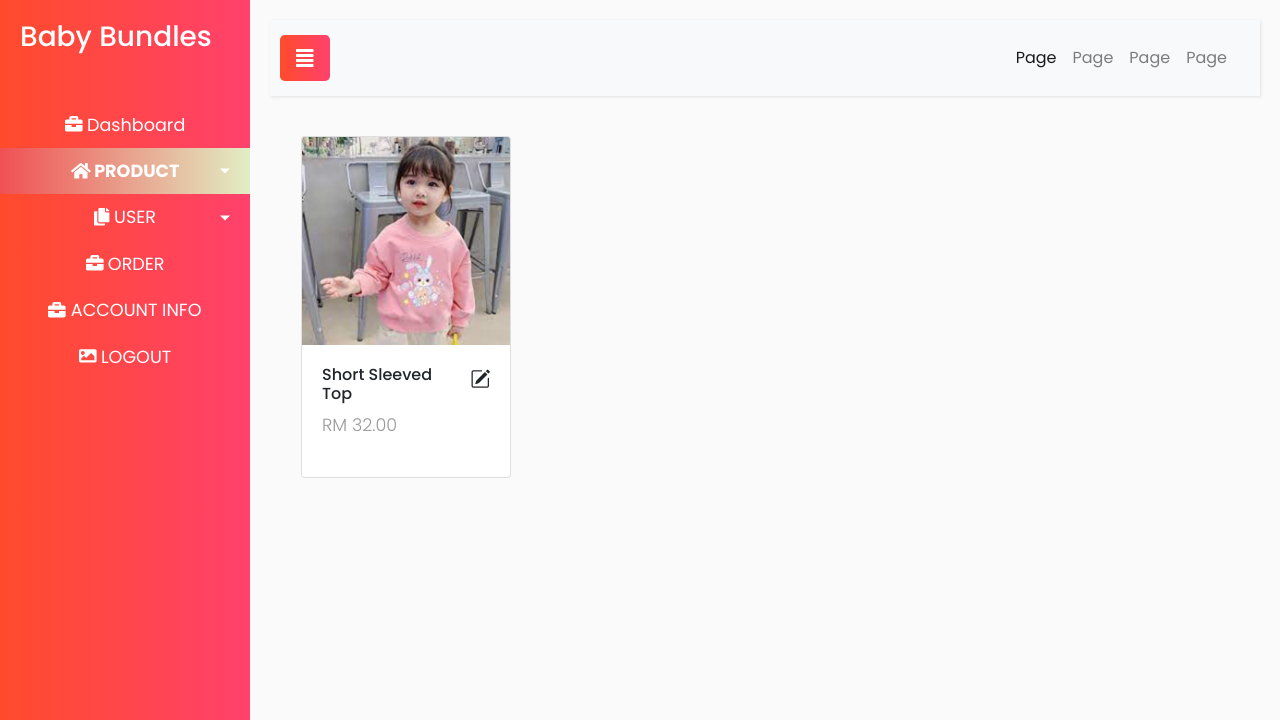
Repository: jiahow99/Baby-Bundles-University
Page: http://localhost/admin.php
An editor plug-in stored every save of this project. The page is shown before and after the next save, followed by the edit.
The browser window is 1280 px wide. The pictures show the whole page.
Some web libraries are served in a nearby version. The page is run by PHP 8.4 with error messages shown; the project is at /var/www/html/. Queries for data that is not in the repository find no rows.

Above is the page before, as saved 2022-11-24 17:54:13.

### admin.php
<!DOCTYPE html>
<html>

<head>
    <meta charset="utf-8">
    <meta name="viewport" content="width=device-width, initial-scale=1.0">
    <meta http-equiv="X-UA-Compatible" content="IE=edge">

    <title>Admin</title>

    <!-- Bootstrap CSS CDN -->
    <link rel="stylesheet" href="https://stackpath.bootstrapcdn.com/bootstrap/4.1.0/css/bootstrap.min.css" integrity="sha384-9gVQ4dYFwwWSjIDZnLEWnxCjeSWFphJiwGPXr1jddIhOegiu1FwO5qRGvFXOdJZ4" crossorigin="anonymous">
    <!-- Our Custom CSS -->
    <link rel="stylesheet" href="css/admin.style.css">

    <!-- Font Awesome JS -->
    <script defer src="https://use.fontawesome.com/releases/v5.0.13/js/solid.js" integrity="sha384-tzzSw1/Vo+0N5UhStP3bvwWPq+uvzCMfrN1fEFe+xBmv1C/AtVX5K0uZtmcHitFZ" crossorigin="anonymous"></script>
    <script defer src="https://use.fontawesome.com/releases/v5.0.13/js/fontawesome.js" integrity="sha384-6OIrr52G08NpOFSZdxxz1xdNSndlD4vdcf/q2myIUVO0VsqaGHJsB0RaBE01VTOY" crossorigin="anonymous"></script>
    <!-- Bootstrap Icon -->
    <link rel="stylesheet" href="https://cdn.jsdelivr.net/npm/bootstrap-icons@1.3.0/font/bootstrap-icons.css">
    <!-- JQuery -->
    <script src="https://code.jquery.com/jquery-3.5.1.min.js"></script>


    <!-- AJAX display all products -->
    <script>
            $(document).ready(function(){
                $.ajax({
                    url: "fetch_product.php",
                    type: "get",
                    dataType: "JSON",
                    success:function(product)
                    {
                        var len = product.length;
                        for(i=0 ; i<len; i++){
                            var str = '<div class="col-3"><a href="#" class="card" ><img class="card-img-top" src="' + product[i].image +'" ><div class="card-body">' +
                            '<div class="row"><div class="col-9"><h6>' + product[i].title + '</h6><p>RM ' + product[i].price + '</p></div>' +
                            '<div class="col-3" style="font-size:20px;"><i class="bi bi-pencil-square"></i></div></div></div></a></div>';

                            $('#product').append(str);
                        }
                    }
                });
            });

    </script>

</head>

<body>

    <div class="wrapper">
        <!-- Sidebar  -->
        <nav id="sidebar">
            <div class="sidebar-header">
                <h3>Baby Bundles</h3>
                <strong>BS</strong>
            </div>

            <ul class="list-unstyled components">
                <!-- Dashboard -->
                <li>
                    <a href="#">
                        <i class="fas fa-briefcase"></i>
                        <span id="aboutlabel">Dashboard</span>
                    </a>
                </li>
                <!-- Product -->
                <li class="active">
                    <a href="#homeSubmenu" data-toggle="collapse" aria-expanded="false" class="dropdown-toggle">
                        <i class="fas fa-home"></i>
                        <span id="homelabel">PRODUCT</span>
                    </a>
                    <ul class="collapse list-unstyled" id="homeSubmenu">
                        <li>
                            <a href="#">ADD PRODUCT</a>
                        </li>
                        <li>
                            <a href="#">DELETE PRODUCT</a>
                        </li>
                        <li>
                            <a href="#">VIEW ALL</a>
                        </li>
                    </ul>
                </li>
                <!-- User -->
                <li>
                    <a href="#pageSubmenu" data-toggle="collapse" aria-expanded="false" class="dropdown-toggle">
                        <i class="fas fa-copy"></i>
                        <span id="pagelabel">USER</span>
                    </a>
                    <ul class="collapse list-unstyled" id="pageSubmenu">
                        <li>
                            <a href="#">ADD USER</a>
                        </li>
                        <li>
                            <a href="#">DELETE USER</a>
                        </li>
                        <li>
                            <a href="#">VIEW ALL</a>
                        </li>
                    </ul>
                </li>
                <!-- Order -->
                <li>
                    <a href="#">
                        <i class="fas fa-briefcase"></i>
                        <span id="aboutlabel">ORDER</span>
                    </a>
                </li>
                <!-- Account Info -->
                <li>
                    <a href="#">
                        <i class="fas fa-briefcase"></i>
                        <span id="aboutlabel">ACCOUNT INFO</span>
                    </a>
                </li>
                <!-- Log out -->
                <li>
                    <a href="#">
                        <i class="fas fa-image"></i>
                        <span id="portfoliolabel">LOGOUT</span>
                    </a>
                </li>
            </ul>


        </nav>

        <!-- Page Content  -->
        <div id="content">

            <nav class="navbar navbar-expand-lg navbar-light bg-light">
                <div class="container-fluid pl-0">

                    <button type="button" id="sidebarCollapse" class="btn-lg btn-primary">
                        <i class="fas fa-align-justify"></i>
                        <!-- <span>Toggle Sidebar</span> -->
                    </button>
                    <button class="btn btn-dark d-inline-block d-lg-none ml-auto" type="button" data-toggle="collapse" data-target="#navbarSupportedContent" aria-controls="navbarSupportedContent" aria-expanded="false" aria-label="Toggle navigation">
                        <i class="fas fa-align-justify"></i>
                    </button>

                    <div class="collapse navbar-collapse" id="navbarSupportedContent">
                        <ul class="nav navbar-nav ml-auto">
                            <li class="nav-item active">
                                <a class="nav-link" href="#">Page</a>
                            </li>
                            <li class="nav-item">
                                <a class="nav-link" href="#">Page</a>
                            </li>
                            <li class="nav-item">
                                <a class="nav-link" href="#">Page</a>
                            </li>
                            <li class="nav-item">
                                <a class="nav-link" href="#">Page</a>
                            </li>
                        </ul>
                    </div>
                </div>
            </nav>

            <div class="row mx-3" id="product">
                <div class="col-3">
                    <!-- Product card -->
                    <a href="#" class="card">
                        <img class="card-img-top" src="img/top/top01.jpg" >
                        <div class="card-body">
                            <div class="row">
                                <!-- Title and Price -->
                                <div class="col-9">
                                    <h6>Short Sleeved Top</h6>
                                    <p>RM 32.00</p>
                                </div>
                                <!-- Edit icon -->
                                <div class="col-3" style="font-size:20px;"><i class="bi bi-pencil-square"></i></div>
                            </div>
                        </div>
                    </a>
                </div>
            </div>
    </div>

    <!-- Popper.JS -->
    <script src="https://cdnjs.cloudflare.com/ajax/libs/popper.js/1.14.0/umd/popper.min.js" integrity="sha384-cs/chFZiN24E4KMATLdqdvsezGxaGsi4hLGOzlXwp5UZB1LY//20VyM2taTB4QvJ" crossorigin="anonymous"></script>
    <!-- Bootstrap JS -->
    <script src="https://stackpath.bootstrapcdn.com/bootstrap/4.1.0/js/bootstrap.min.js" integrity="sha384-uefMccjFJAIv6A+rW+L4AHf99KvxDjWSu1z9VI8SKNVmz4sk7buKt/6v9KI65qnm" crossorigin="anonymous"></script>

    <script type="text/javascript">
        $(document).ready(function () {
            $('#sidebarCollapse').on('click', function () {
                $('#sidebar').toggleClass('active');
                $('#homelabel').toggleClass('d-none');
                $('#aboutlabel').toggleClass('d-none');
                $('#pagelabel').toggleClass('d-none');
                $('#portfoliolabel').toggleClass('d-none');
                $('#faqlabel').toggleClass('d-none');
                $('#contactlabel').toggleClass('d-none');
            });
        });
    </script>
</body>

</html>

### fetch_product.php
<?php

require_once('dbcontroller.php');

$dbcontroller = new DBController();

// Get all product
$result = $dbcontroller->selectProduct("SELECT * FROM product_table");

// Empty array
$output = array();

// Loop through Shopping Cart
foreach( $result as $product ){
    $product_array = array(
        'product_id' => $product['product_id'],
        'title' => mb_strimwidth($product['title'], 0, 30, "..."),
        'category' => $product['category'],
        'description' => $product['description'],
        'image' => $product['image'],
        'price' => $product['price']
    );

    // Append each product
    array_push($output, $product_array);

}

// Encode to JSON format
echo json_encode($output);



?>

### dbcontroller.php
<?php

class DBController{
    private $host = 'localhost';
    private $db = 'babybundles_database';
    private $user= 'root';
    private $pass = '';
    // private $attr = "mysql:host=$host;dbname=$db";
    // private $table = 'product_table';
    public $conn;

    // constructor
    function __construct(){
        $attr = "mysql:host=".$this->host.";dbname=".$this->db;
        $opts =
        [
            PDO::ATTR_ERRMODE => PDO::ERRMODE_EXCEPTION,
            PDO::ATTR_DEFAULT_FETCH_MODE => PDO::FETCH_ASSOC,
            PDO::ATTR_EMULATE_PREPARES => false,
        ];
        $this->conn = new PDO($attr, $this->user, $this->pass, $opts);
    }

    // Insert
    function insertQuery($query){
        $result = $this->conn->query($query);
        return $result;
    }

    // Select user
    function selectUser($query){
        $result = $this->conn->query($query);
        $row = $result->fetch();
        return $row;
    }

    // Select single product
    function selectSingleProduct($query){
        $result = $this->conn->query($query);
        $row = $result->fetch();
        return $row;
    }

    // Select all product
    function selectProduct($query){
        $result = $this->conn->query($query);
        $row = $result->fetchAll();
        return $row;
    }

    // Update shopping cart
    function updateCart($query){
        $result = $this->conn->query($query);
        return $result;
    }

    // count num of rows
    function numRows($query){
        $result = $this->conn->query($query);
        return $result->rowCount();
    }

    // limit text (title)
    function limit_text($text, $limit) {
        if (str_word_count($text, 0) > $limit) {
            $words = str_word_count($text, 2);
            $pos   = array_keys($words);
            $text  = substr($text, 0, $pos[$limit]) . '...';
        }
        return $text;
    }

    // sanitise()
    function sanitise($string){
        $string = htmlentities($string);
        return $string;
    }

}
?>

### css/admin.style.css
/*
    DEMO STYLE
*/

@import "https://fonts.googleapis.com/css?family=Poppins:300,400,500,600,700";

body {
    font-family: 'Poppins', sans-serif;
    background: #fafafa;
}

p {
    font-family: 'Poppins', sans-serif;
    font-size: 1.1em;
    font-weight: 300;
    line-height: 1.7em;
    color: #999;
}

a,
a:hover,
a:focus {
    color: inherit;
    text-decoration: none;
    transition: all 0.3s;
}

.navbar {
    padding: 15px 10px;
    background: #fff;
    border: none;
    border-radius: 0;
    margin-bottom: 40px;
    box-shadow: 1px 1px 3px rgba(0, 0, 0, 0.1);
}

.navbar-btn {
    box-shadow: none;
    outline: none !important;
    border: none;
}

.line {
    width: 100%;
    height: 1px;
    border-bottom: 1px dashed #ddd;
    margin: 40px 0;
}

i,
span {
    display: inline-block;
}

/* ---------------------------------------------------
    SIDEBAR STYLE
----------------------------------------------------- */

.wrapper {
    display: flex;
    align-items: stretch;
}

#sidebar {
    min-width: 250px;
    max-width: 250px;
    background: #FF416C;  /* fallback for old browsers */
    background: -webkit-linear-gradient(to right, #FF4B2B, #FF416C);  /* Chrome 10-25, Safari 5.1-6 */
    background: linear-gradient(to right, #FF4B2B, #FF416C); /* W3C, IE 10+/ Edge, Firefox 16+, Chrome 26+, Opera 12+, Safari 7+ */
    color: #fff;
    transition: all 0.3s;
}

#sidebar.active {
    min-width: 80px;
    max-width: 80px;
    text-align: center;
}

#sidebar.active .sidebar-header h3,
#sidebar.active .CTAs {
    display: none;
}

#sidebar.active .sidebar-header strong {
    display: block;
}

#sidebar ul li a {
    text-align: left;
}

#sidebar.active ul li a {
    padding: 20px 10px;
    text-align: center;
    font-size: 0.85em;
}

#sidebar.active ul li a i {
    margin-right: 0;
    display: block;
    font-size: 1.8em;
    margin-bottom: 5px;
}

#sidebar.active ul ul a {
    padding: 10px !important;
}

#sidebar.active .dropdown-toggle::after {
    top: auto;
    bottom: 10px;
    right: 50%;
    -webkit-transform: translateX(50%);
    -ms-transform: translateX(50%);
    transform: translateX(50%);
}

#sidebar .sidebar-header {
    padding: 20px;
    background: #FF416C;  /* fallback for old browsers */
    background: -webkit-linear-gradient(to right, #FF4B2B, #FF416C);  /* Chrome 10-25, Safari 5.1-6 */
    background: linear-gradient(to right, #FF4B2B, #FF416C); /* W3C, IE 10+/ Edge, Firefox 16+, Chrome 26+, Opera 12+, Safari 7+ */
}

#sidebar .sidebar-header strong {
    display: none;
    font-size: 1.8em;
}

#sidebar ul.components {
    padding: 20px 0;
}

#sidebar ul li a {
    padding: 10px;
    font-size: 1.1em;
    display: block;
    text-align: center;
}

#sidebar ul li a:hover {
    color: #dc1522;
    background: #fff;
    font-weight: bolder;
}

#sidebar ul li a i {
    margin-right: 10px;
}

#sidebar ul li.active>a,
a[aria-expanded="true"] {
    color: #fff;
    background: #e1eec3;  /* fallback for old browsers */
    background: -webkit-linear-gradient(to right, #f05053, #e1eec3);  /* Chrome 10-25, Safari 5.1-6 */
    background: linear-gradient(to right, #f05053, #e1eec3); /* W3C, IE 10+/ Edge, Firefox 16+, Chrome 26+, Opera 12+, Safari 7+ */
    font-weight: bolder;
}

a[data-toggle="collapse"] {
    position: relative;
}

.dropdown-toggle::after {
    display: block;
    position: absolute;
    top: 50%;
    right: 20px;
    transform: translateY(-50%);
}

ul ul a {
    font-size: 0.9em !important;
    padding-left: 30px !important;
    background: #6d7fcc;
}

ul.CTAs {
    padding: 20px;
}

ul.CTAs a {
    text-align: center;
    font-size: 0.9em !important;
    display: block;
    border-radius: 5px;
    margin-bottom: 5px;
}

a.download {
    background: #fff;
    color: #7386D5;
}

a.article,
a.article:hover {
    background: #6d7fcc !important;
    color: #fff !important;
}

/* ---------------------------------------------------
    CONTENT STYLE
----------------------------------------------------- */

#content {
    width: 100%;
    padding: 20px;
    min-height: 100vh;
    transition: all 0.3s;
}

/* ---------------------------------------------------
    MEDIAQUERIES
----------------------------------------------------- */

@media (max-width: 768px) {
    #sidebar {
        min-width: 80px;
        max-width: 80px;
        text-align: center;
        margin-left: -80px !important;
    }
    .dropdown-toggle::after {
        top: auto;
        bottom: 10px;
        right: 50%;
        -webkit-transform: translateX(50%);
        -ms-transform: translateX(50%);
        transform: translateX(50%);
    }
    #sidebar.active {
        margin-left: 0 !important;
    }
    #sidebar .sidebar-header h3,
    #sidebar .CTAs {
        display: none;
    }
    #sidebar .sidebar-header strong {
        display: block;
    }
    #sidebar ul li a {
        padding: 20px 10px;
    }
    #sidebar ul li a span {
        font-size: 0.85em;
    }
    #sidebar ul li a i {
        margin-right: 0;
        display: block;
    }
    #sidebar ul ul a {
        padding: 10px !important;
    }
    #sidebar ul li a i {
        font-size: 1.3em;
    }
    #sidebar {
        margin-left: 0;
    }
    #sidebarCollapse span {
        display: none;
    }
}

#homeSubmenu li a,#pageSubmenu li a{
    background: #ED213A;  /* fallback for old browsers */
    background: -webkit-linear-gradient(to right, #93291E, #ED213A);  /* Chrome 10-25, Safari 5.1-6 */
    background: linear-gradient(to right, #93291E, #ED213A); /* W3C, IE 10+/ Edge, Firefox 16+, Chrome 26+, Opera 12+, Safari 7+ */



}

.btn-primary{
    background: #FF416C;  /* fallback for old browsers */
    background: -webkit-linear-gradient(to right, #FF4B2B, #FF416C);  /* Chrome 10-25, Safari 5.1-6 */
    background: linear-gradient(to right, #FF4B2B, #FF416C); /* W3C, IE 10+/ Edge, Firefox 16+, Chrome 26+, Opera 12+, Safari 7+ */
    border: 0;
    cursor: pointer;
}

After the next save:
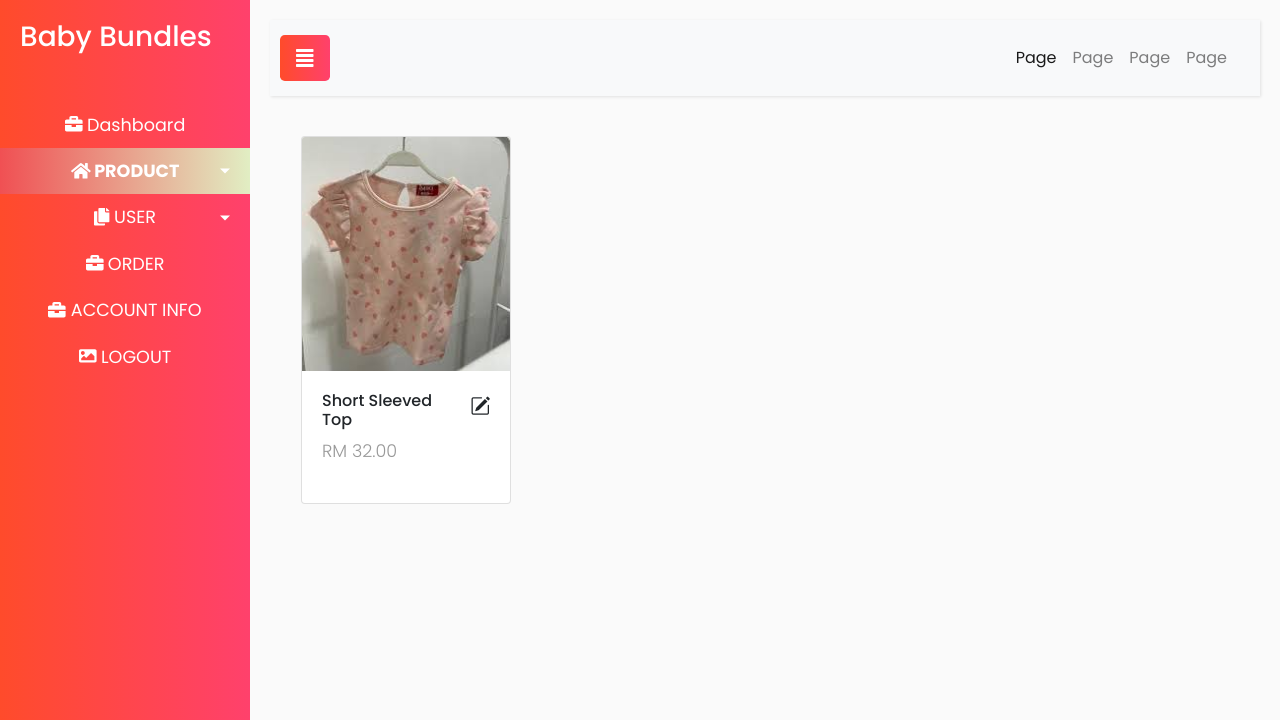
Saved 12 s later.
--- a/admin.php
+++ b/admin.php
@@ -164,7 +164,7 @@
                 <div class="col-3">
                     <!-- Product card -->
                     <a href="#" class="card">
-                        <img class="card-img-top" src="img/top/top01.jpg" >
+                        <img class="card-img-top" src="img/top/top08.jpg" >
                         <div class="card-body">
                             <div class="row">
                                 <!-- Title and Price -->
